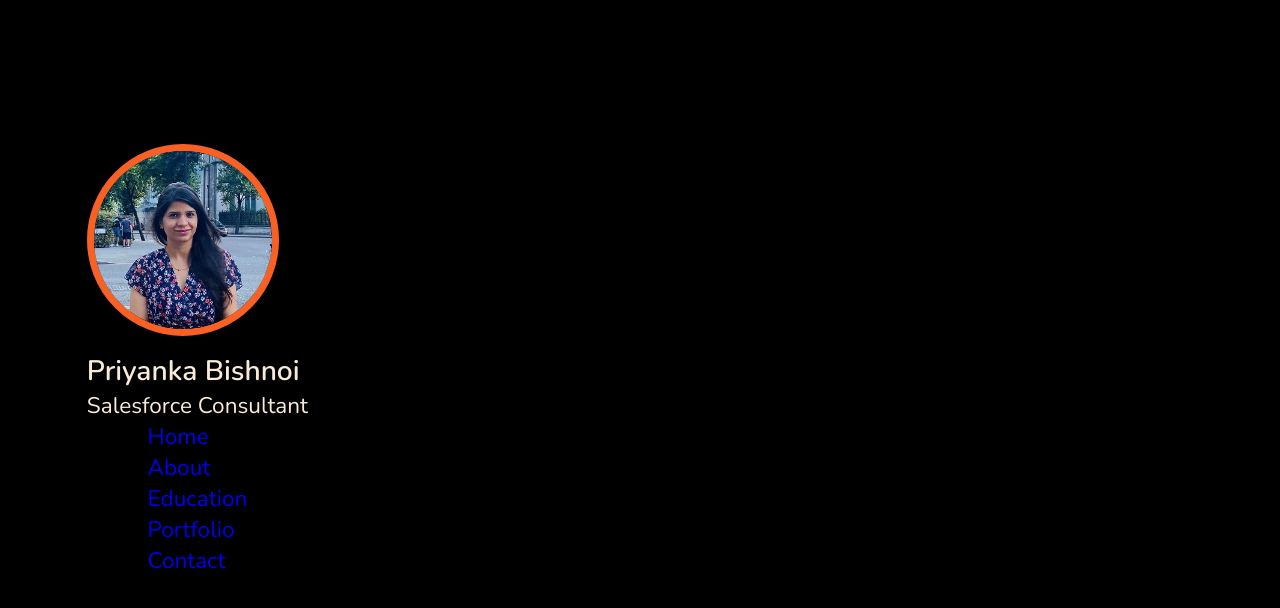
Repository: priyanka-bishnoi/PortfolioPage
Page: MyPage.html
The author's editor kept a copy of each file at every save. The page is drawn from the files as they stood at one save, then again after the next save.
The browser window is 1280 px wide. The pictures show the whole page.

Above is the page before, as saved 2022-10-08 15:52:13.

After the next save:
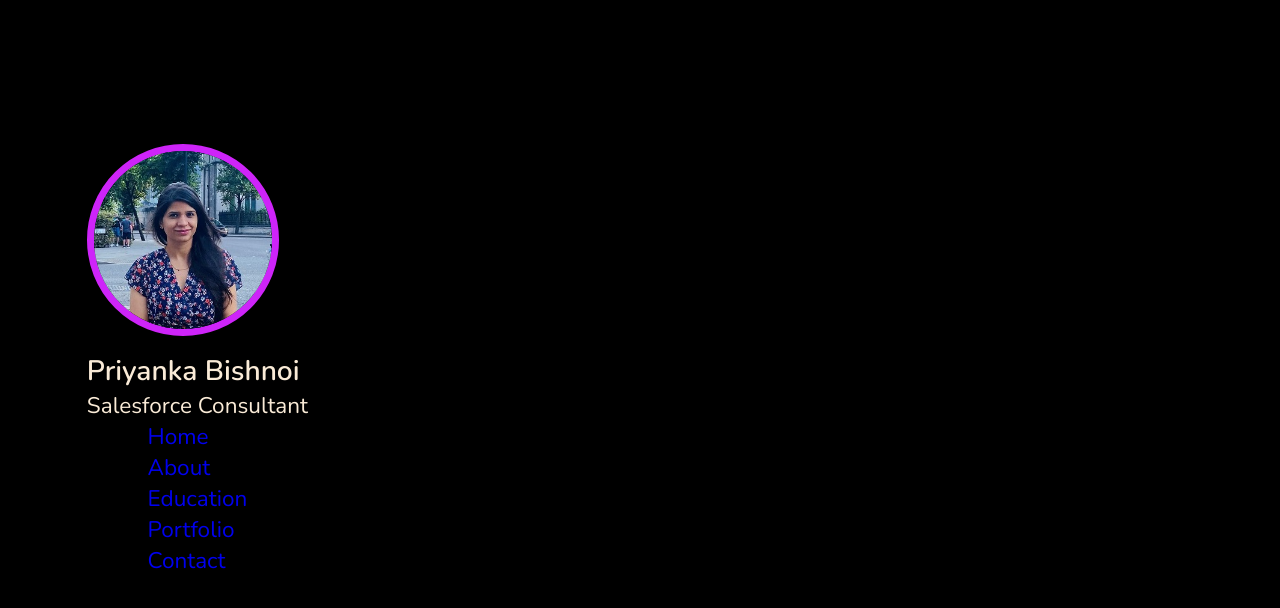
Saved 53 s later.
--- a/css/style.css
+++ b/css/style.css
@@ -1,6 +1,6 @@
 @import url('https://fonts.googleapis.com/css2?family=Nunito:wght@200;300;400;600&display=swap');
 :root{
-    --orange:#f96024;
+    --orange:#ce24f9;
 }
 *{
     font-family: 'Nunito', sans-serif;
